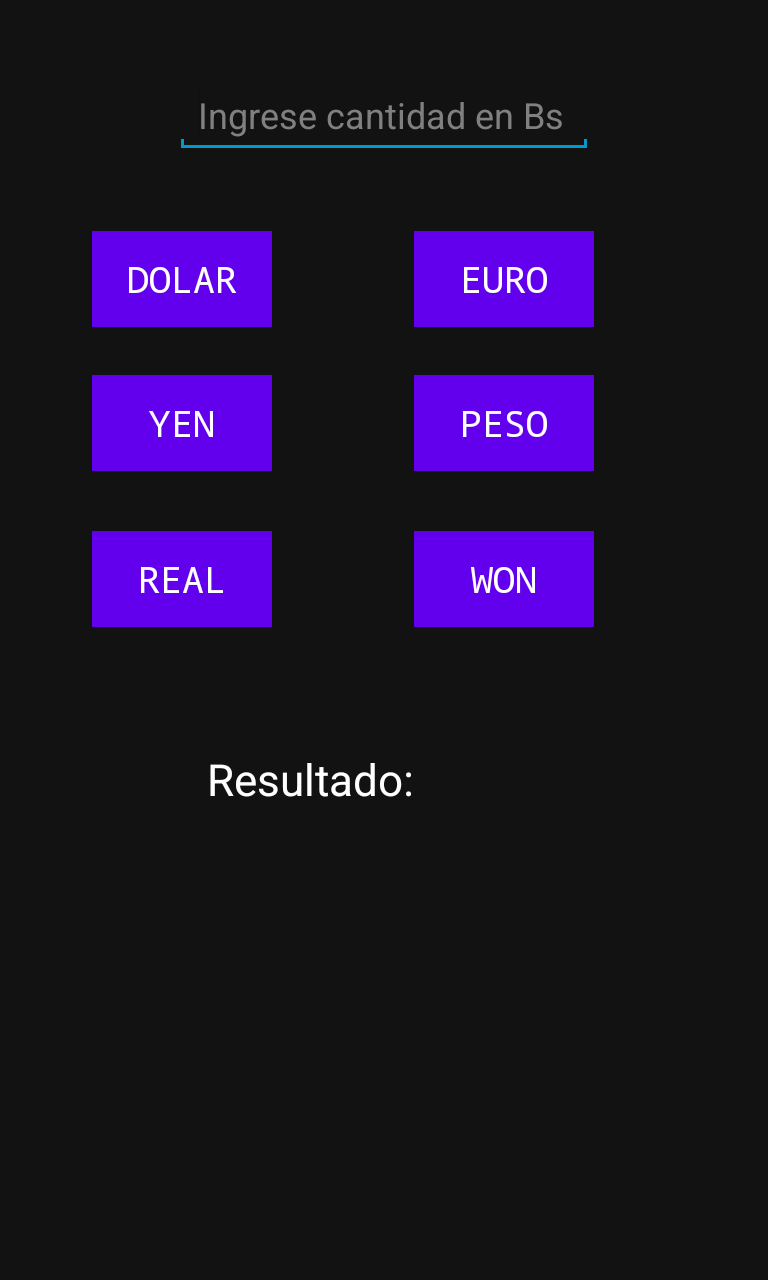
Repository: NeilEyner/AppComunidad
Layout: Cambio/res/layout/activity_main.xml
An editor plug-in stored every save of this project. The layout is shown before and after the next save, followed by the edit.
It is drawn on a 768 x 1280 px phone screen (xhdpi) without system bars, with theme AppTheme; the app's code is not run.

Above is the layout before, as saved 2024-08-19 05:13:36.

### Cambio/res/layout/activity_main.xml
<RelativeLayout xmlns:android="http://schemas.android.com/apk/res/android"
    xmlns:tools="http://schemas.android.com/tools"
    android:layout_width="match_parent"
    android:layout_height="match_parent"
    android:paddingBottom="@dimen/activity_vertical_margin"
    android:paddingLeft="@dimen/activity_horizontal_margin"
    android:paddingRight="@dimen/activity_horizontal_margin"
    android:paddingTop="@dimen/activity_vertical_margin"
    android:background="#121212"
    tools:context=".MainActivity" >

    <EditText
        android:id="@+id/editText1"
        android:layout_width="wrap_content"
        android:layout_height="wrap_content"
        android:layout_alignParentTop="true"
        android:layout_centerHorizontal="true"
        android:layout_marginTop="22dp"
        android:ems="10"
        android:textColor="#ffffff"
        android:hint="Ingrese cantidad en Bs" >

        <requestFocus />
    </EditText>

    <Button
        android:id="@+id/button1"
        android:layout_width="wrap_content"
        android:layout_height="wrap_content"
        android:layout_alignParentLeft="true"
        android:layout_below="@+id/editText1"
        android:layout_marginLeft="30dp"
        android:layout_marginTop="38dp"
        android:background="#6200EE"
        android:height="@dimen/activity_horizontal_margin"
        android:minWidth="90dp"
        android:text="DOLAR"
        android:textColor="#ffffff"
        android:typeface="monospace" />

    <Button
        android:id="@+id/button2"
        android:layout_width="wrap_content"
        android:layout_height="wrap_content"
        android:layout_alignBottom="@+id/button1"
        android:layout_alignRight="@+id/editText1"
        android:background="#6200EE"
        android:text="EURO"
        android:textColor="#ffffff"
        android:typeface="monospace"
        android:minWidth="90dp" />

    <Button
        android:id="@+id/button3"
        android:layout_width="wrap_content"
        android:layout_height="wrap_content"
        android:layout_alignRight="@+id/button1"
        android:layout_below="@+id/button1"
        android:layout_marginTop="24dp"
        android:text="YEN"
        android:textColor="#ffffff"
        android:background="#6200EE"
        android:typeface="monospace"
        android:minWidth="90dp"
        />

    <Button
        android:id="@+id/button4"
        android:layout_width="wrap_content"
        android:layout_height="wrap_content"
        android:layout_alignBaseline="@+id/button3"
        android:layout_alignBottom="@+id/button3"
        android:layout_alignLeft="@+id/button2"
        android:text="PESO"
        android:textColor="#ffffff"
        android:background="#6200EE"
        android:typeface="monospace"
        android:minWidth="90dp" />

    <Button
        android:id="@+id/button5"
        android:layout_width="wrap_content"
        android:layout_height="wrap_content"
        android:layout_alignRight="@+id/button3"
        android:layout_below="@+id/button3"
        android:layout_marginTop="30dp"
        android:text="REAL"
        android:textColor="#ffffff"
        android:background="#6200EE"
        android:typeface="monospace"
        android:minWidth="90dp" />

    <Button
        android:id="@+id/button6"
        android:layout_width="wrap_content"
        android:layout_height="wrap_content"
        android:layout_alignBaseline="@+id/button5"
        android:layout_alignBottom="@+id/button5"
        android:layout_alignRight="@+id/button4"
        android:text="WON"
        android:textColor="#ffffff"
        android:background="#6200EE"
        android:typeface="monospace"
        android:minWidth="90dp"  />

    <TextView
        android:id="@+id/textView1"
        android:layout_width="wrap_content"
        android:layout_height="wrap_content"
        android:layout_below="@+id/button5"
        android:layout_marginTop="61dp"
        android:layout_toLeftOf="@+id/button6"
        android:text="Resultado:"
        android:textAppearance="?android:attr/textAppearanceLarge"
        android:textColor="#ffffff" />

</RelativeLayout>

Loaded but not shown: Cambio/res/values/styles.xml (common file); Cambio/res/values-v11/styles.xml (common file); Cambio/res/values-v14/styles.xml (common file); Cambio/res/values/dimens.xml (common file)

After the next save:
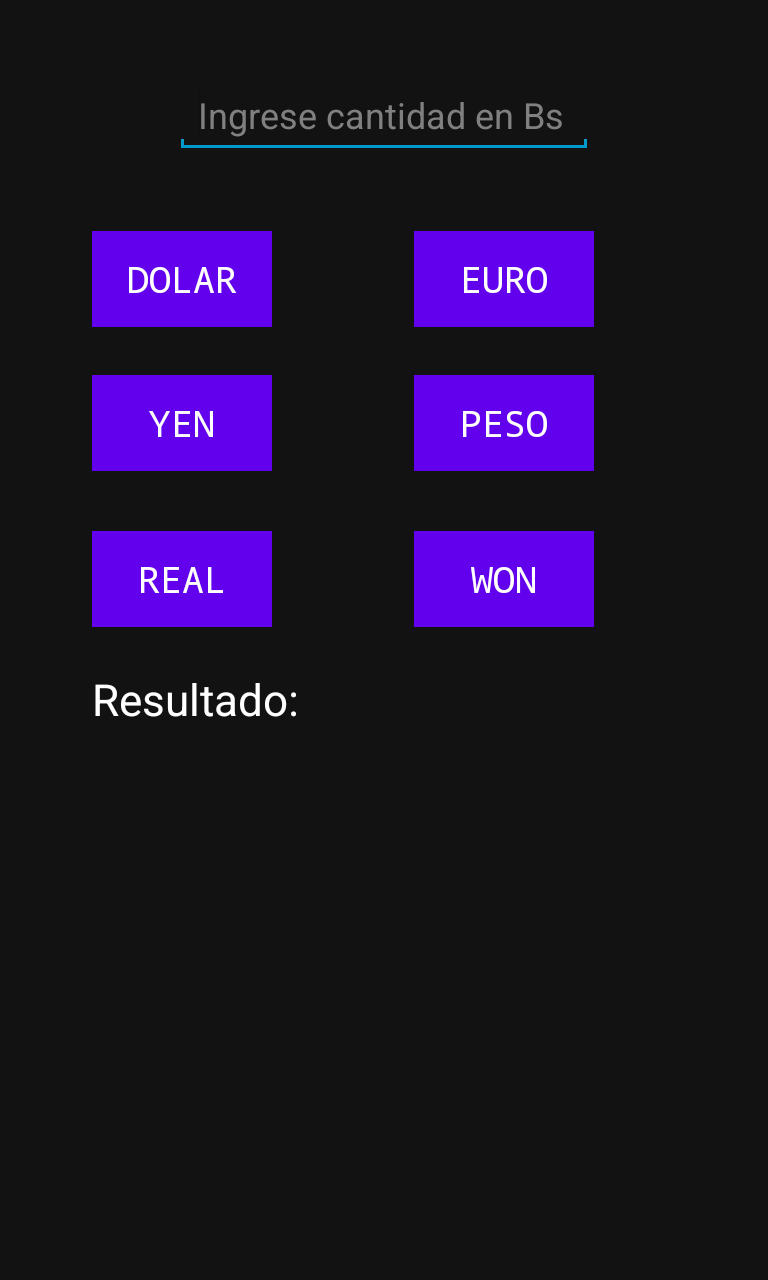
Saved 4 min 5 s later.
--- a/Cambio/res/layout/activity_main.xml
+++ b/Cambio/res/layout/activity_main.xml
@@ -107,9 +107,9 @@
         android:id="@+id/textView1"
         android:layout_width="wrap_content"
         android:layout_height="wrap_content"
+        android:layout_alignLeft="@+id/button5"
         android:layout_below="@+id/button5"
-        android:layout_marginTop="61dp"
-        android:layout_toLeftOf="@+id/button6"
+        android:layout_marginTop="21dp"
         android:text="Resultado:"
         android:textAppearance="?android:attr/textAppearanceLarge"
         android:textColor="#ffffff" />
